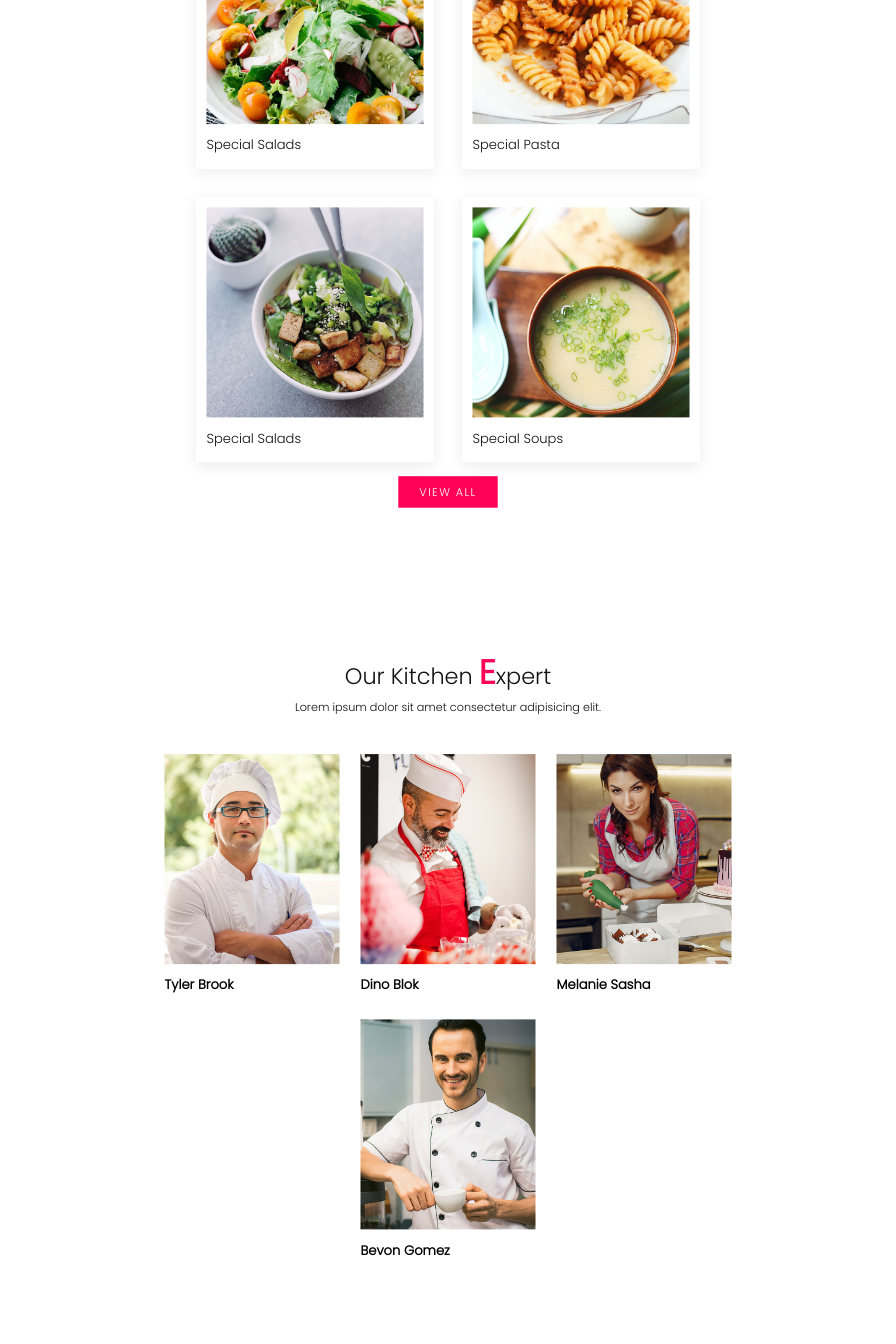
Repository: Adriandias1997/MobileFriendly_FoodWebsite
Page: index.html
These files come from the project's save history. The page is drawn as it stood at one moment and after the next save; the edit follows.
The browser window is 1280 px wide. The pictures show the part of the page from y = 2106 to 4026 px (the page is 4026 px tall), at 70% of full size.

Above is the page before, as saved 2020-10-16 17:03:52.

### index.html
<!DOCTYPE html>
<html lang="en">

<head>
    <meta charset="UTF-8">
    <meta name="viewport" content="width=device-width, initial-scale=1.0">
    <title>Food</title>
    <link rel="stylesheet" href="style.css">
</head>

<body>
    <header>
        <a href="#" class="logo">Food <span>Corner</span></a>
        <ul class="navigation">
            <li><a href="#banner">Home</a></li>
            <li><a href="#about">About Us</a></li>
            <li><a href="#menu">Menu</a></li>
            <li><a href="#expert">Expert</a></li>
            <li><a href="#testimonials">Testimonials</a></li>
            <li><a href="#contact">Contact</a></li>
        </ul>

    </header>
    <section class="banner" id="banner">
        <div class="content">
            <h2>Always choose Good</h2>
            <p>Lorem ipsum dolor sit amet consectetur adipisicing elit. Ipsam delectus nisi hic deserunt at, ex harum sit. Quos quaerat ut expedita velit. Commodi accusamus non debitis error sint at perspiciatis.</p>

            <a href="#" class="btn">Our Menu</a>
        </div>
    </section>

    <section class="about" id="about">
        <div class="row">
            <div class="col50">
                <h2 class="titleText"><span>A</span>bout Us</h2>
                <p>Lorem ipsum dolor sit amet consectetur adipisicing elit. Dolorum vero quam, at fuga facilis maiores consequatur! Quibusdam possimus debitis sed alias, provident fuga voluptatem, tempora eligendi aliquid quaerat laudantium repellat. Lorem
                    ipsum dolor sit amet consectetur adipisicing elit. Dolorum vero quam, at fuga facilis maiores consequatur! Quibusdam possimus debitis sed alias, provident fuga voluptatem, tempora eligendi aliquid quaerat laudantium repellat. Lorem
                    ipsum dolor sit amet consectetur adipisicing elit. Dolorum vero quam, at fuga facilis maiores consequatur! Quibusdam possimus debitis sed alias, provident fuga voluptatem, tempora eligendi aliquid quaerat laudantium repellat.
                </p>
            </div>
            <div class="col50">
                <div class="imgBx">
                    <img src="./Images/img1.jpg" alt="">
                </div>
            </div>
        </div>
    </section>

    <section class="menu" id="menu">
        <div class="title">
            <h2 class="titleText">Our <span>M</span>enu</h2>
            <p>Lorem ipsum dolor sit amet consectetur adipisicing elit.
            </p>
        </div>
        <div class="content">
            <div class="box">
                <div class="imgBx">
                    <img src="Images/menu1.jpg" alt="">
                </div>
                <div class="text">
                    <h3>Special Salads</h3>
                </div>
            </div>
            <div class="box">
                <div class="imgBx">
                    <img src="Images/menu2.jpg" alt="">
                </div>
                <div class="text">
                    <h3>Special Soups</h3>
                </div>
            </div>
            <div class="box">
                <div class="imgBx">
                    <img src="Images/menu3.jpg" alt="">
                </div>
                <div class="text">
                    <h3>Special Pasta</h3>
                </div>
            </div>
            <div class="box">
                <div class="imgBx">
                    <img src="Images/menu4.jpg" alt="">
                </div>
                <div class="text">
                    <h3>Special Salads</h3>
                </div>
            </div>
            <div class="box">
                <div class="imgBx">
                    <img src="Images/menu5.jpg" alt="">
                </div>
                <div class="text">
                    <h3>Special Soups</h3>
                </div>
            </div>
            <div class="box">
                <div class="imgBx">
                    <img src="Images/menu6.jpg" alt="">
                </div>
                <div class="text">
                    <h3>Special Salads</h3>
                </div>
            </div>
        </div>
        <div class="title">
            <a href="#" class="btn">
                View All
            </a>
        </div>
    </section>
    <section class="expert" id="expert">
        <div class="title">
            <h2 class="titleText">Our Kitchen <span>E</span>xpert</h2>
            <p>Lorem ipsum dolor sit amet consectetur adipisicing elit.
            </p>
        </div>
        <div class="content">
            <div class="box">
                <div class="imgBx">
                    <img src="Images/expert1.jpg" alt="">
                </div>
                <div class="text">
                    <h3>Tyler Brook</h3>
                </div>
            </div>
            <div class="box">
                <div class="imgBx">
                    <img src="Images/expert2.jpg" alt="">
                </div>
                <div class="text">
                    <h3>Dino Blok</h3>
                </div>
            </div>
            <div class="box">
                <div class="imgBx">
                    <img src="Images/expert3.jpg" alt="">
                </div>
                <div class="text">
                    <h3>Melanie Sasha</h3>
                </div>
            </div>
            <div class="box">
                <div class="imgBx">
                    <img src="Images/expert4.jpg" alt="">
                </div>
                <div class="text">
                    <h3>Bevon Gomez</h3>
                </div>
            </div>
        </div>
    </section>
    <script src="index.js"></script>
</body>

</html>

### style.css
        @import url("https://fonts.googleapis.com/css2?family=Poppins:wght@300&display=swap");
        * {
            margin: 0;
            padding: 0;
            box-sizing: border-box;
            font-family: "Poppins", sans-serif;
            scroll-behavior: smooth;
        }

        p {
            font-weight: 300;
            color: #111;
        }
        /* body {
    min-height: 1000px;
} */

        .banner {
            position: relative;
            width: 100%;
            min-height: 100vh;
            display: flex;
            justify-content: center;
            align-items: center;
            background: url(./Images/bg.jpg);
            background-size: cover;
        }

        .banner .content {
            max-width: 900px;
            text-align: center;
        }

        .banner .content h2 {
            font-size: 5em;
            color: #fff;
        }

        .banner .content p {
            font-size: 1em;
            color: #fff;
        }

        .btn {
            font-size: 1em;
            color: #fff;
            background: #ff0157;
            display: inline-block;
            padding: 10px 30px;
            text-transform: uppercase;
            text-decoration: none;
            letter-spacing: 2px;
            transition: 0.5s;
        }

        .btn:hover {
            background-color: #fff;
            color: #ff0157;
            letter-spacing: 6px;
        }

        header {
            position: fixed;
            top: 0;
            left: 0;
            width: 100%;
            padding: 40px 100px;
            z-index: 10000;
            display: flex;
            justify-content: space-between;
            align-items: center;
            transition: 0.5s;
        }

        header.sticky {
            background: #fff;
            padding: 10px 100px;
            box-shadow: 0 5px 20px rgba(0, 0, 0, 0.05);
        }

        header .logo {
            color: #fff;
            font-weight: 700;
            text-decoration: none;
            font-size: 2em;
        }

        header.sticky .logo {
            color: #111;
        }

        header .logo span {
            color: #ff0157;
        }

        header .navigation {
            position: relative;
            display: flex;
        }

        header .navigation li {
            list-style: none;
            margin-left: 30px;
        }

        header .navigation li a {
            text-decoration: none;
            color: #fff;
            font-weight: 300;
        }

        header.sticky .navigation li a {
            color: #111;
            font-weight: 300;
        }

        header .navigation li a:hover {
            color: #ff0157;
        }

        section {
            padding: 100px;
        }

        .row {
            position: relative;
            width: 100%;
            display: flex;
            justify-content: space-between;
        }

        .row .col50 {
            position: relative;
            width: 48%;
        }

        .titleText {
            color: #111;
            font-size: 2em;
            font-weight: 400;
        }

        .titleText span {
            color: #ff0157;
            font-size: 1.5em;
            font-weight: 700;
        }

        .row .col50 .imgBx {
            position: relative;
            width: 100%;
            height: 100%;
            /* min-height: 300px; */
        }

        .row .col50 .imgBx img {
            position: relative;
            top: 0;
            left: 0;
            width: 100%;
            height: 100%;
            object-fit: cover;
        }

        .title {
            width: 100%;
            display: flex;
            justify-content: center;
            align-items: center;
            flex-direction: column;
        }

        .menu .content {
            display: flex;
            justify-content: center;
            flex-direction: row-reverse;
            flex-wrap: wrap;
            margin-top: 40px;
        }

        .menu .content .box {
            width: 340px;
            margin: 20px;
            border: 15px solid #fff;
            box-shadow: 0 5px 20px rgba(0, 0, 0, 0.08);
        }

        .menu .content .box .imgBx {
            position: relative;
            width: 100%;
            height: 300px;
        }

        .menu .content .box .imgBx img {
            position: absolute;
            top: 0;
            left: 0;
            width: 100%;
            height: 100%;
            object-fit: cover;
        }

        .menu .content .box .text {
            padding: 15px 0 5px;
        }

        .menu .content .box .text h3 {
            font-weight: 400;
            color: #111;
        }

        .expert .content {
            display: flex;
            justify-content: center;
            align-items: center;
            flex-wrap: wrap;
            flex-direction: row;
            margin-top: 40px;
        }

        .expert .content .box {
            width: 250px;
            margin: 15px;
        }

        .expert .content .box .imgBx {
            position: relative;
            width: 100%;
            height: 300px;
        }

        .expert .content .box .imgBx img {
            position: absolute;
            top: 0;
            left: 0;
            width: 100%;
            height: 100%;
            object-fit: cover;
        }

        .expert .content .box .text {
            padding: 15px 0 5px;
        }

        .expert .content .box .text h3 {}

### index.js
window.addEventListener('scroll', function() {
    const header = document.querySelector('header');
    header.classList.toggle('sticky', window.scrollY > 0);
});

After the next save:
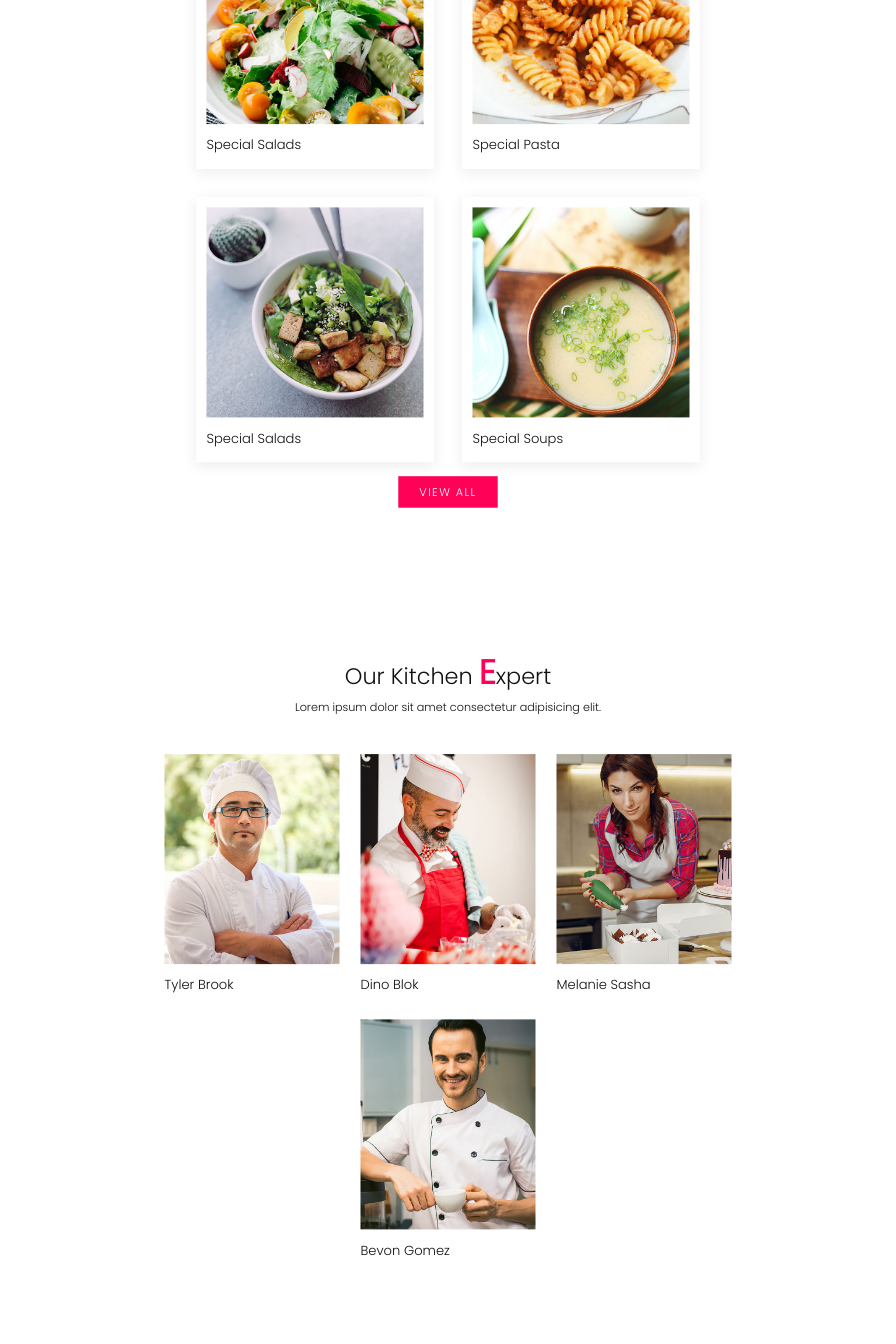
Saved 6 s later.
--- a/style.css
+++ b/style.css
@@ -242,4 +242,7 @@
             padding: 15px 0 5px;
         }
 
-        .expert .content .box .text h3 {}
+        .expert .content .box .text h3 {
+            font-weight: 400;
+            color: #111;
+        }
